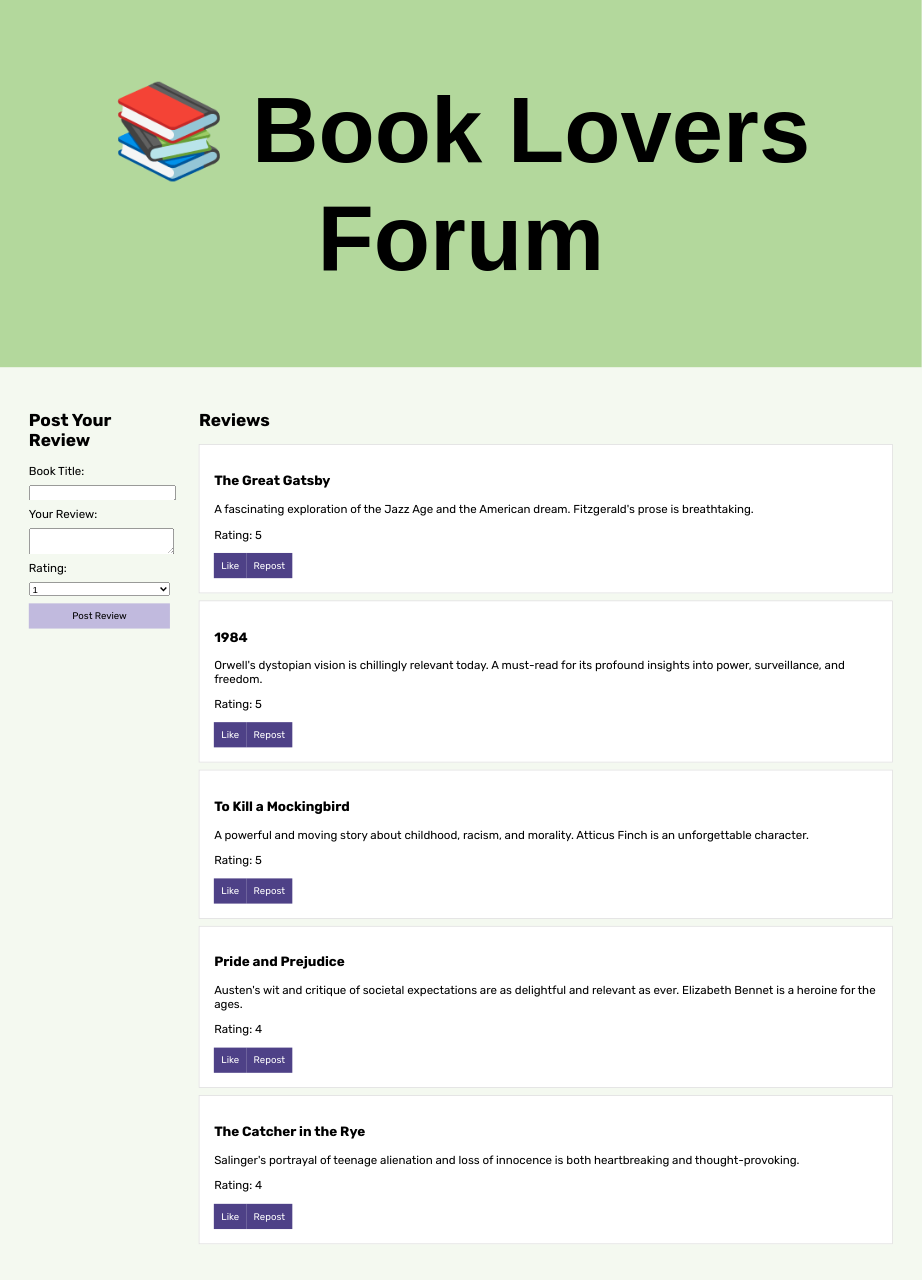
Repository: valentinaarojas/virtual-book-club
Page: index.html
These files come from the project's save history. The page is drawn as it stood at one moment and after the next save; the edit follows.
The browser window is 1280 px wide. The pictures show the whole page, at 72% of full size.
The first visible `button` is being pressed.
Some web fonts or font styles are not loaded; a fallback is used.

Above is the page before, as saved 2025-02-12 17:25:58.
Console error: ReferenceError: form is not defined

### index.html
<!DOCTYPE html>
<html lang="en">
<head>
    <title>Book Lovers Forum</title>
    <link rel="stylesheet" href="styles.css">
    <link rel="preconnect" href="https://fonts.googleapis.com">
    <link rel="preconnect" href="https://fonts.gstatic.com" crossorigin>
    <link href="https://fonts.googleapis.com/css2?family=Licorice&display=swap" rel="stylesheet">
    <link href="https://fonts.googleapis.com/css2?family=Licorice&family=Rubik:ital,wght@0,300..900;1,300..900&display=swap" rel="stylesheet">
</head>
<body>
    <header>
        <h1>📚 Book Lovers Forum</h1>
    </header>
    <main>
        <section id="review-form-section">
            <h2>Post Your Review</h2>
            <form id="review-form">
                <label for="book-title">Book Title:</label>
                <input type="text" id="book-title" name="book-title" required>
                <label for="review-text">Your Review:</label>
                <textarea id="review-text" name="review-text" required></textarea>
                <label for="rating">Rating:</label>
                <select id="rating" name="rating">
                    <option value="1">1</option>
                    <option value="2">2</option>
                    <option value="3">3</option>
                    <option value="4">4</option>
                    <option value="5">5</option>
                </select>
                <button type="submit">Post Review</button>
            </form>
        </section>
        <section id="reviews-section">
            <h2>Reviews</h2>
            <div id="reviews-list">
                <!-- Reviews will be dynamically inserted here -->
            </div>
        </section>
    </main>
    <script src="script.js"></script>
</body>
</html>

### styles.css
body {
    font-family: Rubik, sans-serif;
    margin: 0;
    padding: 0;
    background-color: #F4F9F0;
}

header {
    background-color: #B3D89C;
    padding: 20px;
    text-align: center;
}

main {
    padding: 20px;
    display: flex;
}

section {
    margin: 20px;
}

h1 {
    font-family: Licorice, sans-serif;
    font-size: 8em;
}

#reviews-section {
    flex-grow: 2;
}

#review-form-section,
#reviews-section {
    margin-bottom: 20px;
}

#review-form label,
#review-form input,
#review-form textarea,
#review-form select,
#review-form button {
    display: block;
    width: 100%;
    margin-top: 10px;
}

button {
    background-color: #4E4187;
    font-family: Rubik, sans-serif;
    color: white;
    padding: 10px;
    border: none;
    cursor: pointer;
}

button:hover {
    background-color: #C1BADE;
    color: black;
}

button:active {
    background-color: #C1BADE;
}

#reviews-list {
    margin-top: 20px;
}

.review-item {
    background-color: #fff;
    border: 1px solid #ddd;
    padding: 20px;
    margin-bottom: 10px;
}

.review-item:hover {
    background-color: #f9f9f9;
}

### script.js
function loadReviews() {
    console.log("loadReviews called!");
    fetch('reviews.json')
        .then(response => {
            if (!response.ok) {
                throw new Error('Network response was not ok');
            }
            return response.json();  // Assuming the server sends JSON
        })
        .then(reviews => {
            console.log(reviews); // Log the fetched reviews
            const reviewsList = document.getElementById("reviews-list"); // Get the div to append reviews
            reviews.forEach(review => {
                const reviewElement = createReviewElement(review);
                reviewsList.appendChild(reviewElement); // Append each review to the list
            });
        })
        .catch(error => {
            console.error('There was a problem:', error);
        });
}

function handleReviewSubmit() {
    console.log("handleReviewSubmit");
}

function createReviewElement(review) {
    console.log(review);
    const newDiv = document.createElement('div'); // Create the main review container
    newDiv.classList.add('review-item'); // Add the class 'review-item' (can style now)
    const bookTitle = document.createElement('h3'); // Create and add book title
    bookTitle.textContent = review.title;
    newDiv.append(bookTitle);
    const reviewText = document.createElement('p'); // Create and add review text
    reviewText.textContent = review.reviewText;
    newDiv.append(reviewText);
    const rating = document.createElement('p'); // Create and add rating
    rating.textContent = `Rating: ${review.rating}`;
    newDiv.append(rating);
    const likeButton = document.createElement('button'); // Create and add like button
    likeButton.textContent = "Like";
    likeButton.id = `like-${review.id}`; // Unique ID based on review ID
    likeButton.setAttribute('data-liked', 'false');
    likeButton.addEventListener('click', () => toggleLike(likeButton, review.id));
    newDiv.appendChild(likeButton);
    const repostButton = document.createElement('button'); // Create and add repost button
    repostButton.textContent = "Repost";
    repostButton.id = `repost-${review.id}`; // Unique ID based on review ID
    repostButton.addEventListener('click', () => repostReview(review.id));
    newDiv.appendChild(repostButton);
    return newDiv; // Return the created review element
}

function toggleLike(button, reviewId) {
    console.log('Like button clicked');
}

function repostReview(reviewId) {
    console.log('Repost button clicked');
}

document.addEventListener("DOMContentLoaded", () => {
    console.log("page loaded and ready for actions!");
    loadReviews();
    const reviewForm = document.getElementById("reviews-list");
    form.addEventListener('submit', handleReviewSubmit);
});

### reviews.json
[
	{
		"id": 1,
		"title": "The Great Gatsby",
		"reviewText": "A fascinating exploration of the Jazz Age and the American dream. Fitzgerald's prose is breathtaking.",
		"rating": 5,
		"likes": 12,
		"reposts": 4
	},
	{
		"id": 2,
		"title": "1984",
		"reviewText": "Orwell's dystopian vision is chillingly relevant today. A must-read for its profound insights into power, surveillance, and freedom.",
		"rating": 5,
		"likes": 15,
		"reposts": 5
	},
	{
		"id": 3,
		"title": "To Kill a Mockingbird",
		"reviewText": "A powerful and moving story about childhood, racism, and morality. Atticus Finch is an unforgettable character.",
		"rating": 5,
		"likes": 20,
		"reposts": 8
	},
	{
		"id": 4,
		"title": "Pride and Prejudice",
		"reviewText": "Austen's wit and critique of societal expectations are as delightful and relevant as ever. Elizabeth Bennet is a heroine for the ages.",
		"rating": 4,
		"likes": 18,
		"reposts": 7
	},
	{
		"id": 5,
		"title": "The Catcher in the Rye",
		"reviewText": "Salinger's portrayal of teenage alienation and loss of innocence is both heartbreaking and thought-provoking.",
		"rating": 4,
		"likes": 10,
		"reposts": 3
	}
]

After the next save:
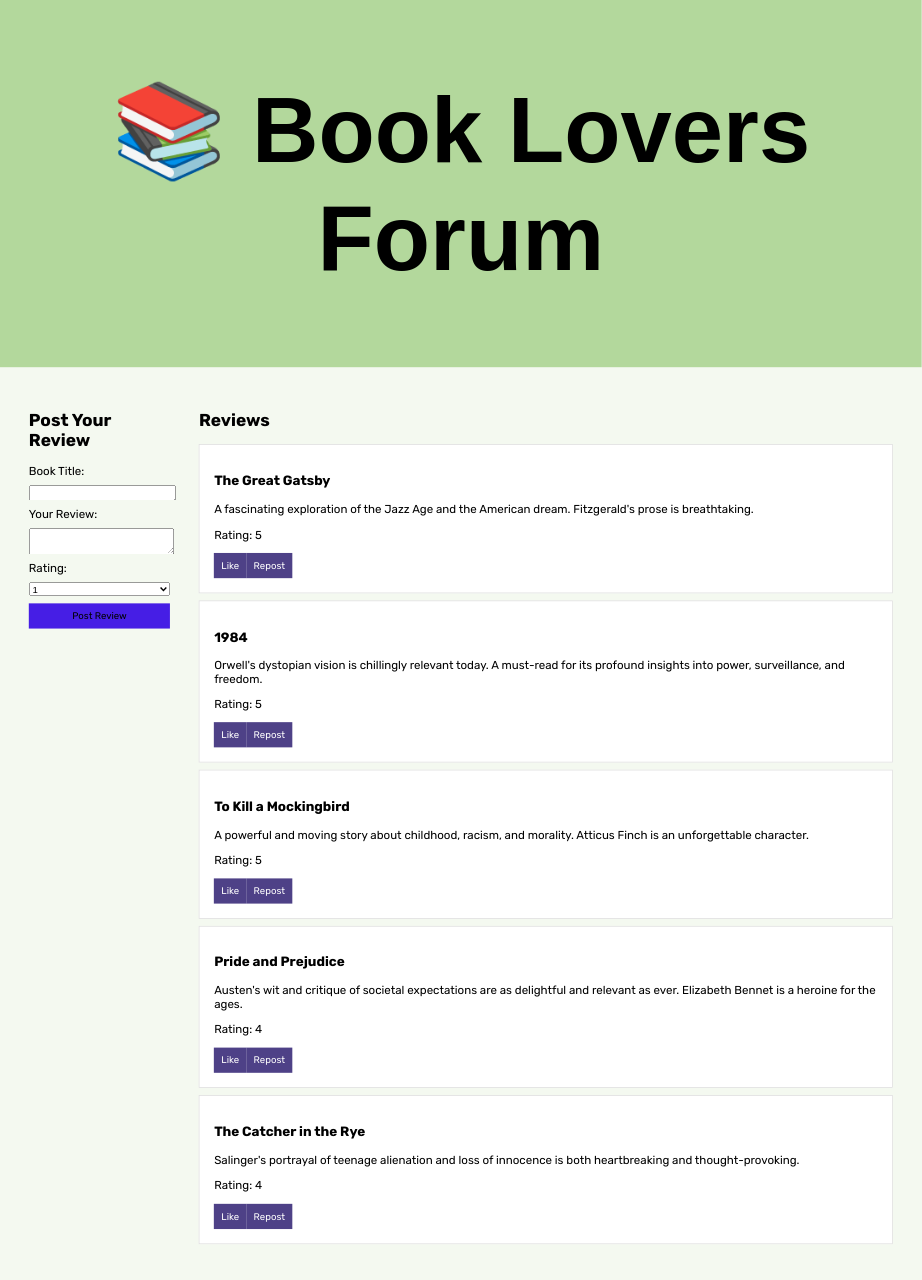
Saved 12 s later.
--- a/styles.css
+++ b/styles.css
@@ -59,7 +59,7 @@ button:hover {
 }
 
 button:active {
-    background-color: #C1BADE;
+    background-color: #461ee5;
 }
 
 #reviews-list {
